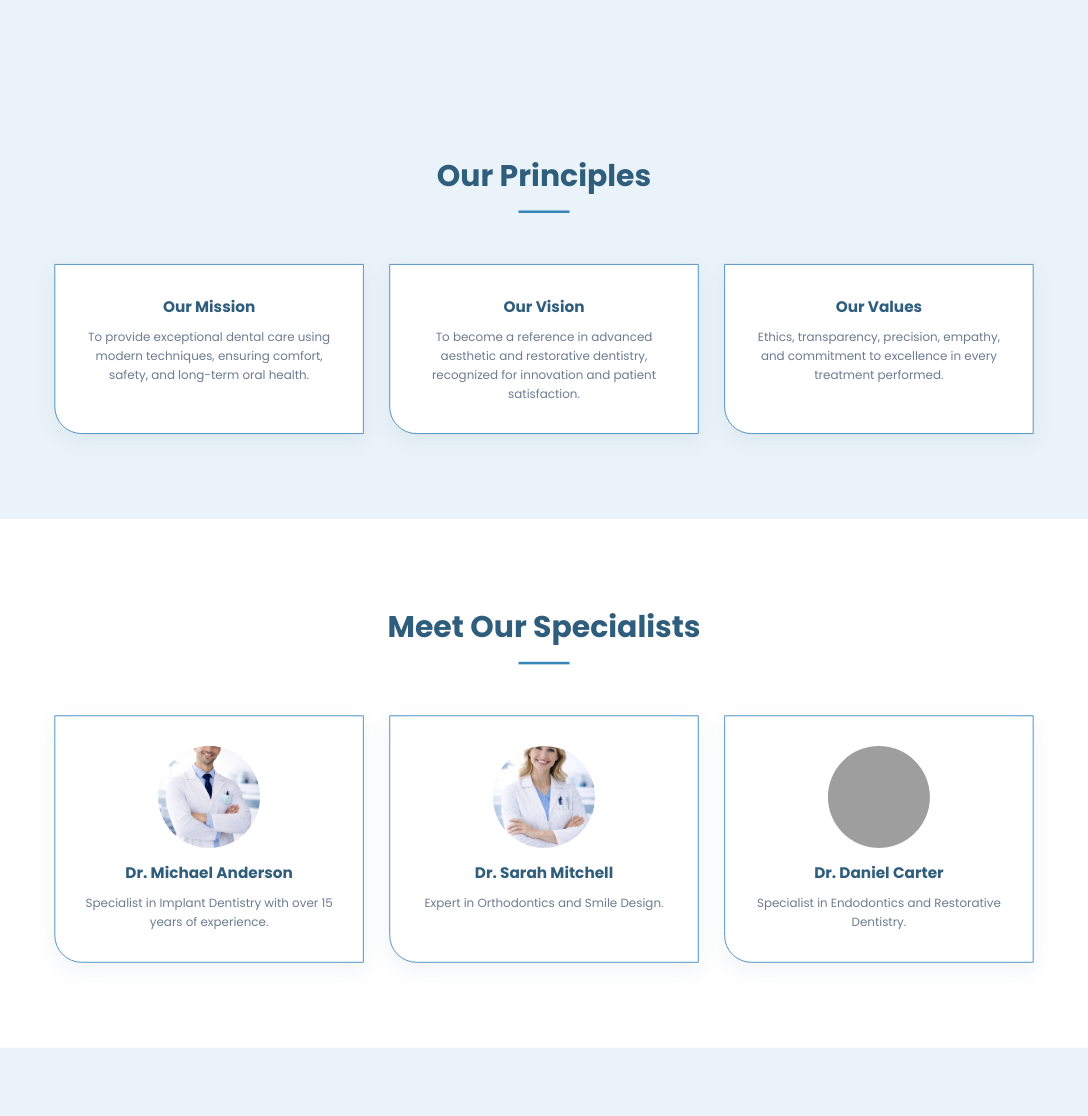
Repository: davidfsillva/OdontoPrime
Page: about.html
The author's editor kept a copy of each file at every save. The page is drawn from the files as they stood at one save, then again after the next save.
The browser window is 1280 px wide. The pictures show the part of the page from y = 969 to 2282 px (the page is 3373 px tall before and 3673 px after), at 85% of full size.
Pictures or frames that could not be fetched are drawn as grey boxes. A picture or video elsewhere on the page could not be fetched, so the positions and the page height are approximate.

Above is the page before, as saved 2026-02-16 22:10:34.

After the next save:
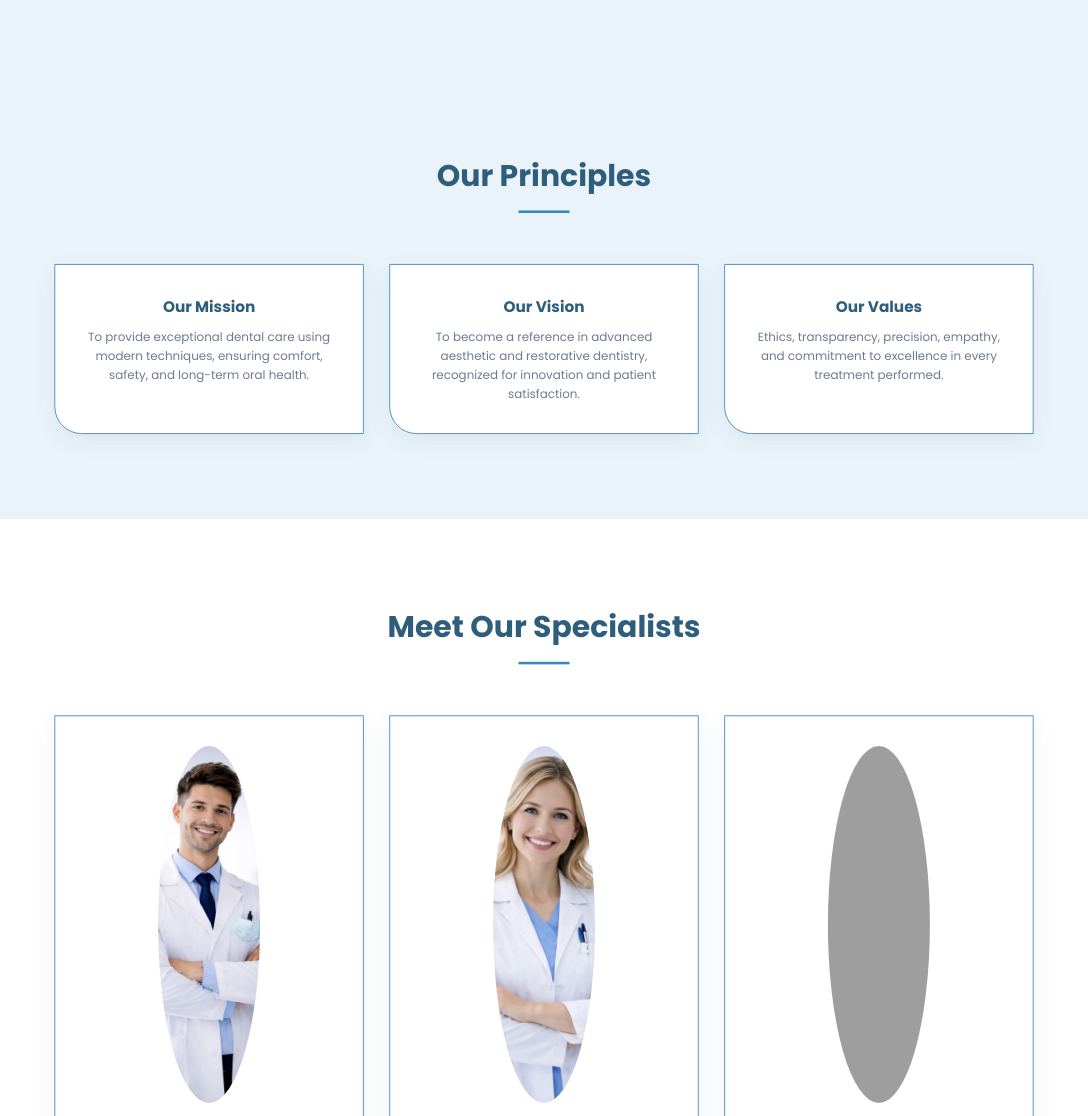
Saved 15 s later.
--- a/style.css
+++ b/style.css
@@ -323,7 +323,7 @@ nav a.active{
 /* Imagens dos cards de especialistas */
 .why-us .card img {
     width: 120px;  /* aumenta para 120px de largura */
-    height: 120px; /* garante que fique quadrada */
+    height: 420px; /* garante que fique quadrada */
     object-fit: cover; /* mantém proporção e recorta se necessário */
     border-radius: 50%; /* deixa redonda */
     margin: 0 auto 15px auto; /* centraliza horizontalmente e dá espaçamento abaixo */
